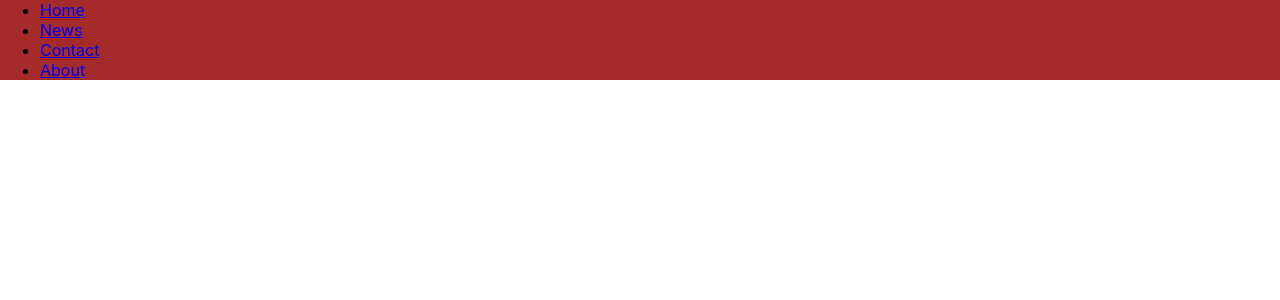
Repository: tusharpasricha/owlsomecoffee
Page: /
The author's editor kept a copy of each file at every save. The page is drawn from the files as they stood at one save, then again after the next save.
The browser window is 1280 px wide. The pictures show the whole page.
The project was rebuilt for these pictures with package versions that can differ from the ones it lists, and the page was loaded fresh each time.

Above is the page before, as saved 2021-09-27 08:30:41.

After the next save:
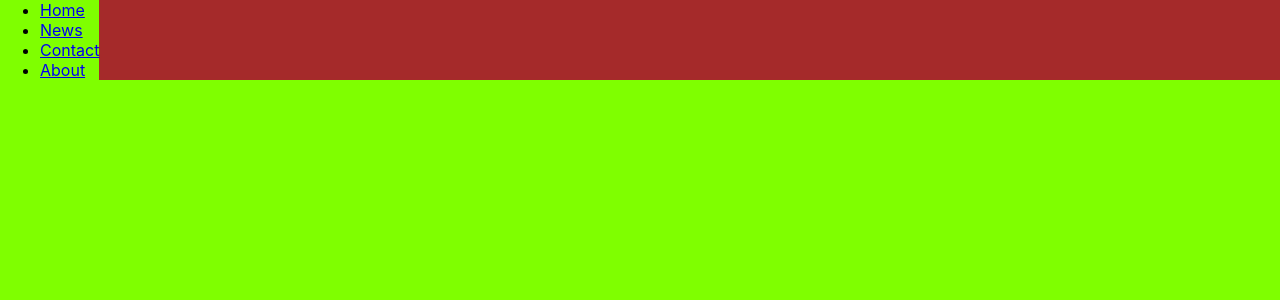
Saved 14 s later.
--- a/src/components/navbar.css
+++ b/src/components/navbar.css
@@ -1,5 +1,6 @@
 *{
     margin: 0%;
+    background-color: chartreuse;
 }
 div{
     display: flex;
